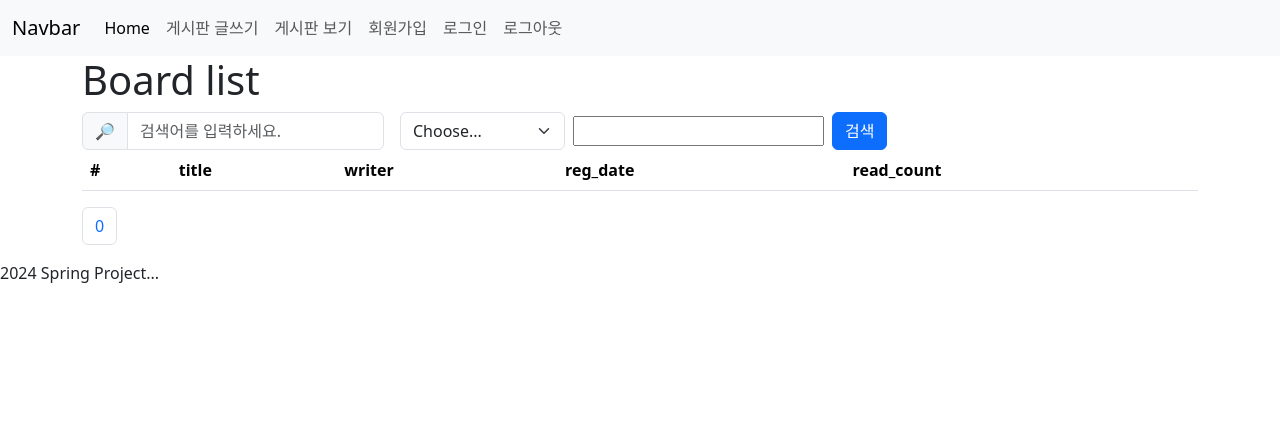
Repository: leegangjin/springTest240430
Page: http://localhost/spring_study/WEB-INF/views/board/list.jsp
These files come from the project's save history. The page is drawn as it stood at one moment and after the next save; the edit follows.
The browser window is 1280 px wide. The pictures show the whole page.
The page is served by Tomcat 9. Nobody is signed in. The template is opened directly, without the code that normally fills it, so the values that code supplies are empty.

Above is the page before, as saved 2024-04-25 02:43:01.

After the next save:
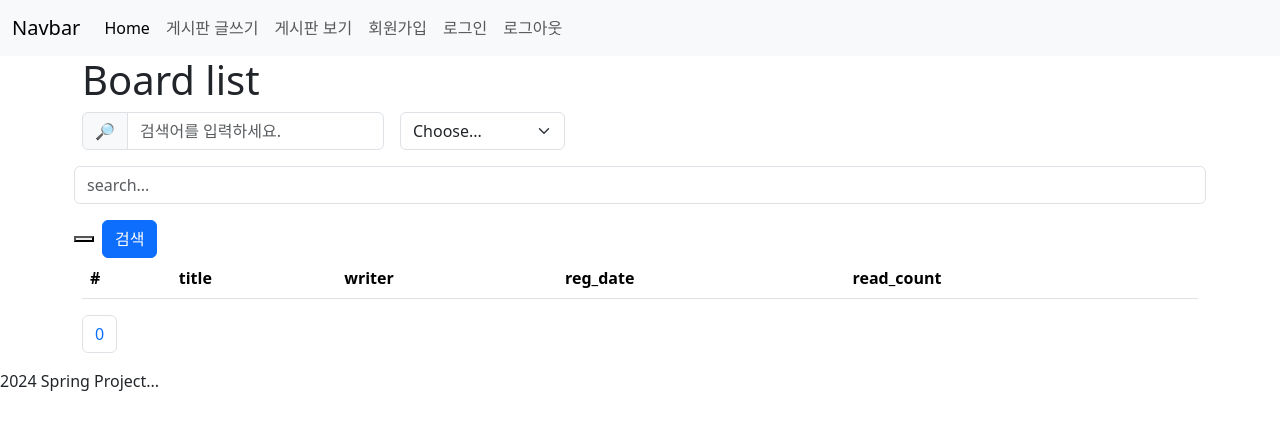
Saved 2 min 19 s later.
--- a/spring_study/src/main/webapp/WEB-INF/views/board/list.jsp
+++ b/spring_study/src/main/webapp/WEB-INF/views/board/list.jsp
@@ -29,7 +29,10 @@
     </select>
   </div>
 
-  <input type="text"  >
+  <input type="text" name="keyword" class="form-control" placeholder="search..." aria-label ="Recipien">
+  <input type="hidden" name="pageNo"   value="1">
+  <input type="hidden" name="qty"   value="10">
+  <button type="submit" class="btn-btn-primary-relative"></button>
 
   <div class="col-12">
     <button type="submit" class="btn btn-primary">검색</button>
